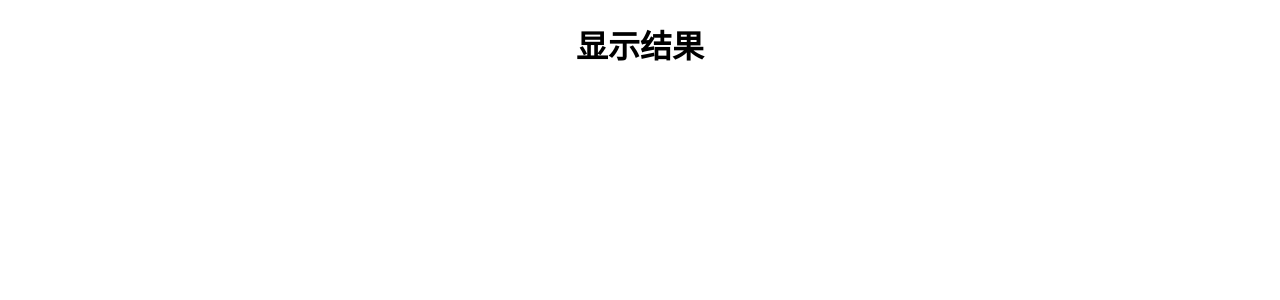
Repository: EthanZmr/myCode
Page: http://localhost/filter_demo/show.jsp
These files come from the project's save history. The page is drawn as it stood at one moment and after the next save; the edit follows.
The browser window is 1280 px wide. The pictures show the whole page.
The page is served by Tomcat 9. Other server files are loaded and not shown.

Above is the page before, as saved 2018-12-19 19:38:53.

### filter_demo/WebContent/show.jsp
<%@ page language="java" contentType="text/html; charset=UTF-8"
    pageEncoding="UTF-8"%>
<!DOCTYPE html>
<html>
<head>
<meta charset="UTF-8">
<title>Insert title here</title>
</head>
<body>
<h1 align="center">显示结果</h1>
</body>
</html>

After the next save:
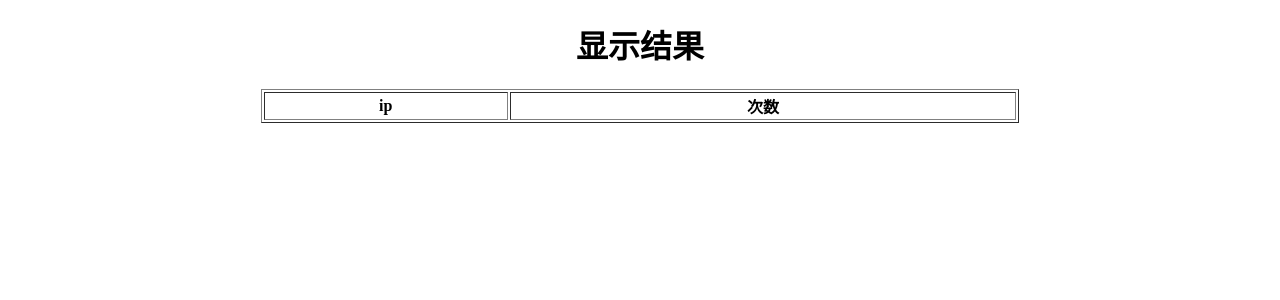
Saved 58 s later.
--- a/filter_demo/WebContent/show.jsp
+++ b/filter_demo/WebContent/show.jsp
@@ -8,5 +8,11 @@
 </head>
 <body>
 <h1 align="center">显示结果</h1>
+<table align="center" width="60%" border="1">
+	<tr>
+		<th>ip</th>
+		<th>次数</th>
+	</tr>
+</table>
 </body>
 </html>
